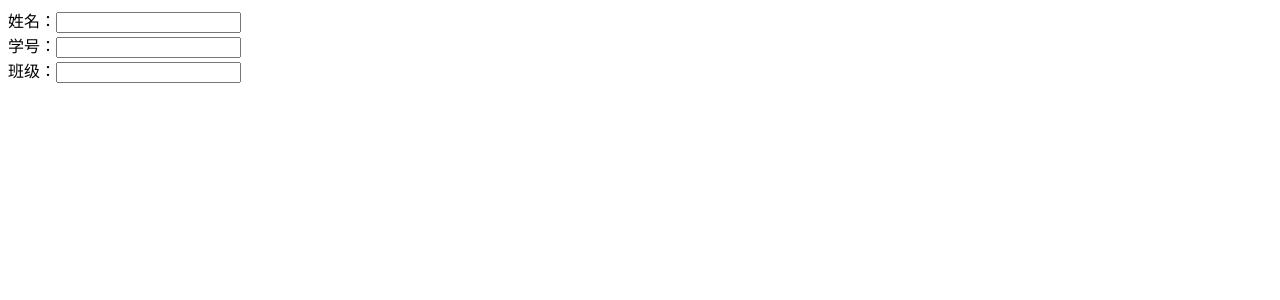
Repository: frankstar007/java
Page: ServletTest/WebContent/Info.html
The author's editor kept a copy of each file at every save. The page is drawn from the files as they stood at one save, then again after a run of saves.
The browser window is 1280 px wide. The pictures show the whole page.

Above is the page before, as saved 2016-05-17 01:23:05.

### ServletTest/WebContent/Info.html
<!DOCTYPE html>
<html>
<head>
<meta charset="UTF-8">
<title>学生基本信息</title>
</head>
<body>
	<form action="StidentInfo" name="myForm" method="post">
		姓名：<input type="text" name="sname"><br>
		学号：<input type="text" name="snumber"><br>
		班级：<input type="text" name="sclass"><br>
	</form>
</body>
</html>

After the next 2 saves:
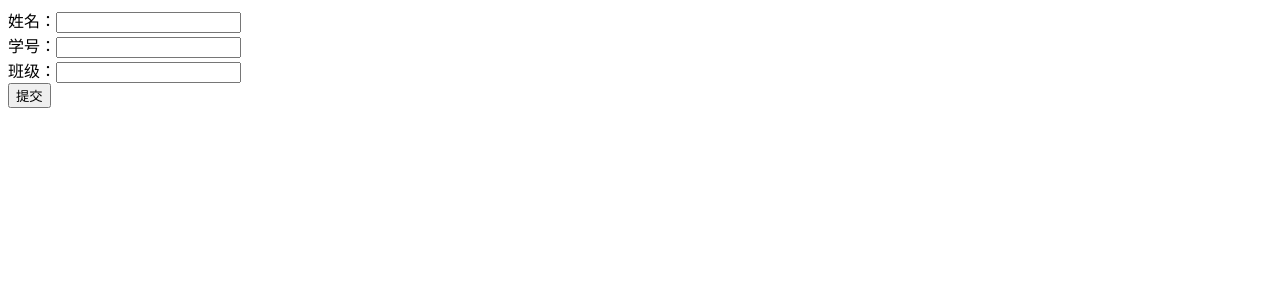
The 2 saves are shown as one change because they came seconds apart.
The last was saved 22 s later.
--- a/ServletTest/WebContent/Info.html
+++ b/ServletTest/WebContent/Info.html
@@ -9,6 +9,7 @@
 		姓名：<input type="text" name="sname"><br>
 		学号：<input type="text" name="snumber"><br>
 		班级：<input type="text" name="sclass"><br>
+		<input type="submit" value="提交">
 	</form>
 </body>
 </html>
